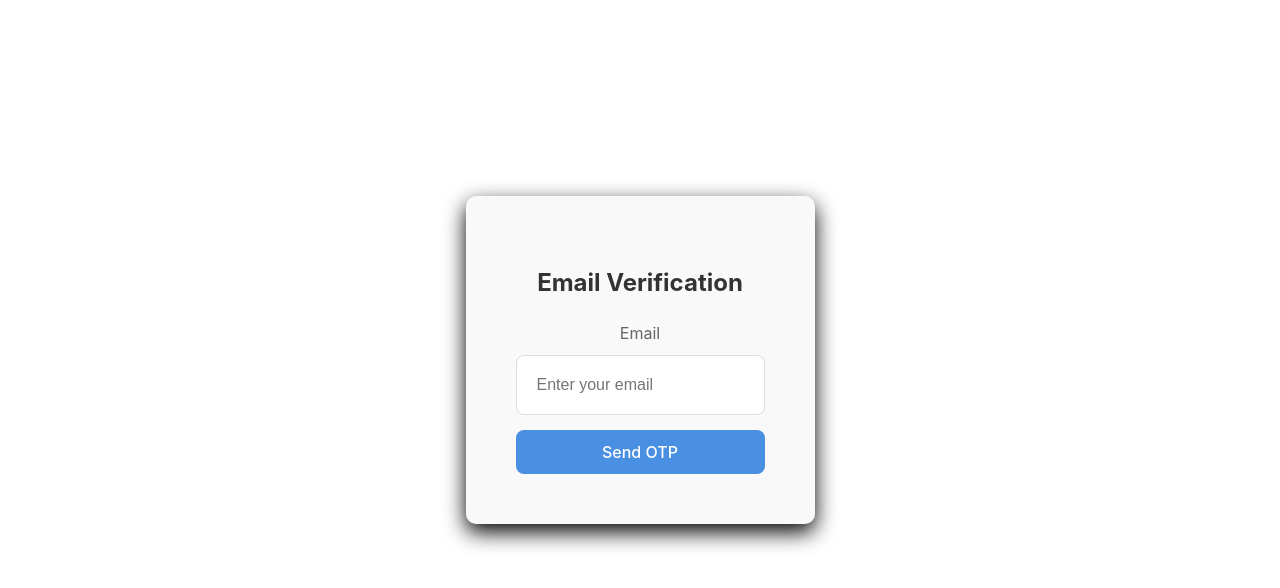
Repository: sarathraj2002/MockTest
Page: / (app in Frontend/)
The author's editor kept a copy of each file at every save. The page is drawn from the files as they stood at one save, then again after the next save.
The browser window is 1280 px wide. The pictures show the whole page.
The project was rebuilt for these pictures with package versions that can differ from the ones it lists, and the page was loaded fresh each time. Also part of the build but not shown: Frontend/vite.config.js, Frontend/src/components/Home.jsx, Frontend/src/components/Mail.jsx.

Above is the page before, as saved 2024-11-13 17:02:21.

### Frontend/index.html
<!doctype html>
<html lang="en">
  <head>
    <meta charset="UTF-8" />
    <link rel="icon" type="image/svg+xml" href="/vite.svg" />
    <meta name="viewport" content="width=device-width, initial-scale=1.0" />
    <title>MockTest</title>
  </head>
  <body>
    <div id="root"></div>
    <script type="module" src="/src/main.jsx"></script>
  </body>
</html>

### Frontend/src/main.jsx
import { StrictMode } from 'react'
import { createRoot } from 'react-dom/client'
import App from './App.jsx'
import './index.css'
import { BrowserRouter } from 'react-router-dom'


createRoot(document.getElementById('root')).render(
  <StrictMode>
     <BrowserRouter>
    <App />
    </BrowserRouter>
  </StrictMode>,
)

### Frontend/src/App.jsx
import { useState } from 'react'
import './App.css'
import Otp from './components/Otp'
import { Home } from './components/Home'
import { Route,Routes,useNavigate } from 'react-router-dom'
import Mail from './components/Mail'

function App() {
  const [email, setEmail] = useState('');
  const navigate = useNavigate();
  const handleEmailSubmit=(email)=>{
    setEmail(email);
    navigate('/check');
  }


  return (
    <>
    <Routes>
      <Route path='/' element={<Otp onEmailSubmit={handleEmailSubmit}/>}></Route>
      <Route path='/check' element={<Mail/>}></Route>
      <Route path='/home' element={<Home/>}></Route>
    </Routes>
    </>
  )
}

export default App

### Frontend/src/components/Otp.jsx
import React, { useState } from 'react';
import axios from 'axios';

function Email({ onEmailSubmit }) {
  const [email, setEmail] = useState('');
  const [otp, setOtp] = useState('');
  const [errorMessage, setErrorMessage] = useState('');
  const [otpSent, setOtpSent] = useState(false);


  const handleEmailSubmit = async (e) => {
    e.preventDefault();
    setErrorMessage('');
    try {

      const response = await axios.post('http://localhost:5000/api/send-otp', { email });
      const data = response.data;

      console.log(data);

      if (data.success) {
        setOtpSent(true);
        onEmailSubmit(email);
      } else {
        setErrorMessage('Error sending OTP. Please try again.');
      }
    } catch (error) {
      setErrorMessage('An error occurred while sending OTP.');
      console.error('Error:', error);
    }
  };


  const handleOtpSubmit = async (e) => {
    e.preventDefault();
    setErrorMessage('');
    try {
      const response = await axios.post('http://localhost:5000/api/verify-otp', { otp });
      const data = response.data;

      if (data.valid) {
        alert('OTP validated successfully!');
      } else {
        setErrorMessage(data.message || 'Invalid OTP. Please try again.');
      }
    } catch (error) {
      setErrorMessage('An error occurred while validating OTP.');
      console.error('Error:', error);
    }
  };

  return (
   <div
  style={{
    maxWidth: '800px',
    margin: 'auto',
    padding: '50px',
    textAlign: 'center',
    backgroundColor: '#f9f9f9',
    boxShadow: '0 8px 21px rgba(2, 2, 2, 2)',
    borderRadius: '10px',
  }}
>
  <h2 style={{ color: '#333', marginBottom: '20px' }}>Email Verification</h2>
  {!otpSent ? (
    <form onSubmit={handleEmailSubmit} style={{ display: 'flex', flexDirection: 'column' }}>
      <label htmlFor="email" style={{ marginBottom: '10px', color: '#666' }}>Email</label>
      <input
        id="email"
        type="email"
        value={email}
        onChange={(e) => setEmail(e.target.value)}
        required
        placeholder="Enter your email"
        style={{
          padding: '20px',
          marginBottom: '15px',
          borderRadius: '8px',
          border: '1px solid #ddd',
          fontSize: '16px',
        }}
      />
      <button
        type="submit"
        style={{
          padding: '12px 20px',
          backgroundColor: '#4a90e2',
          color: 'white',
          border: 'none',
          borderRadius: '8px',
          cursor: 'pointer',
          transition: 'background-color 0.3s',
        }}
        onMouseEnter={(e) => (e.target.style.backgroundColor = '#357ABD')}
        onMouseLeave={(e) => (e.target.style.backgroundColor = '#4a90e2')}
      >
        Send OTP
      </button>
      {errorMessage && (
        <p style={{ color: 'red', marginTop: '15px' }}>
          {errorMessage}
        </p>
      )}
    </form>
  ) : (
    <form onSubmit={handleOtpSubmit} style={{ display: 'flex', flexDirection: 'column' }}>
      <label htmlFor="otp" style={{ marginBottom: '10px', color: '#666' }}>Enter OTP</label>
      <input
        id="otp"
        type="text"
        value={otp}
        onChange={(e) => setOtp(e.target.value)}
        required
        placeholder="Enter OTP"
        style={{
          padding: '12px',
          marginBottom: '15px',
          borderRadius: '8px',
          border: '1px solid #ddd',
          fontSize: '16px',
        }}
      />
      <button
        type="submit"
        style={{
          padding: '12px 20px',
          backgroundColor: '#5cb85c',
          color: 'white',
          border: 'none',
          borderRadius: '8px',
          cursor: 'pointer',
          transition: 'background-color 0.3s',
        }}
        onMouseEnter={(e) => (e.target.style.backgroundColor = '#4CAE4C')}
        onMouseLeave={(e) => (e.target.style.backgroundColor = '#5cb85c')}
      >
        Validate OTP
      </button>
      {errorMessage && (
        <p style={{ color: 'red', marginTop: '15px' }}>
          {errorMessage}
        </p>
      )}
    </form>
  )}
</div>
)}
export default Email;

Loaded but not shown: Frontend/src/index.css (common file); Frontend/src/App.css (common file)

After the next save:
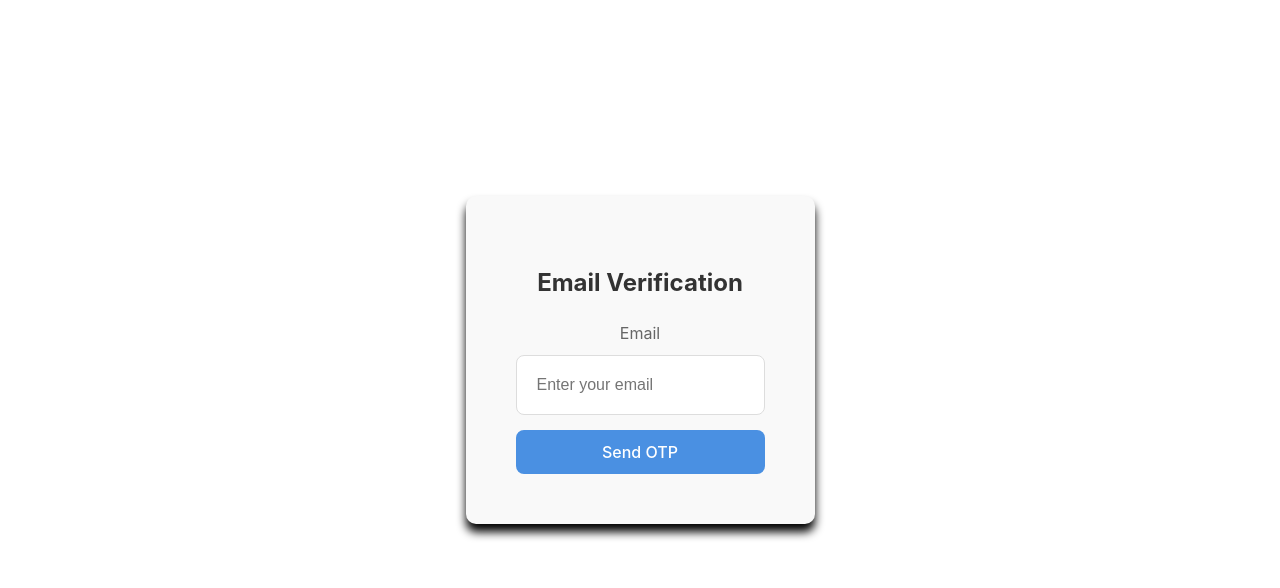
Saved 4 s later.
--- a/Frontend/src/components/Otp.jsx
+++ b/Frontend/src/components/Otp.jsx
@@ -57,7 +57,7 @@ function Email({ onEmailSubmit }) {
     padding: '50px',
     textAlign: 'center',
     backgroundColor: '#f9f9f9',
-    boxShadow: '0 8px 21px rgba(2, 2, 2, 2)',
+    boxShadow: '0 8px 10px rgba(2, 2, 2, 2)',
     borderRadius: '10px',
   }}
 >
